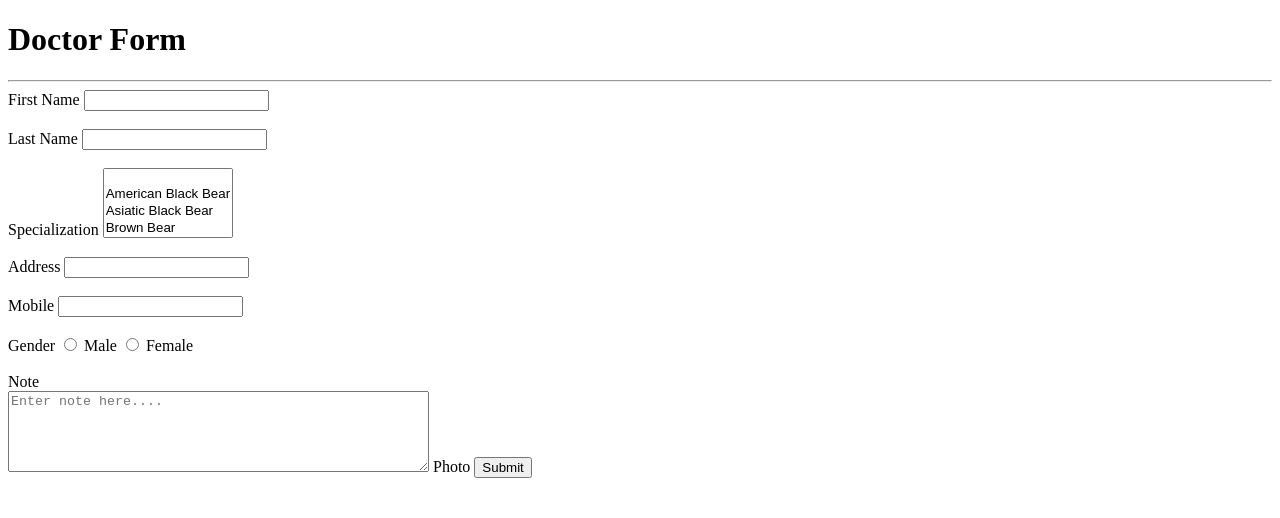
Repository: aayush105/Advance-Java
Page: http://localhost/Doctorpatient/Doctor.jsp
An editor plug-in stored every save of this project. The page is shown before and after the next save, followed by the edit.
The browser window is 1280 px wide. The pictures show the whole page.
The page is served by Tomcat 10.

Above is the page before, as saved 2023-07-20 10:51:50.

After the next save:
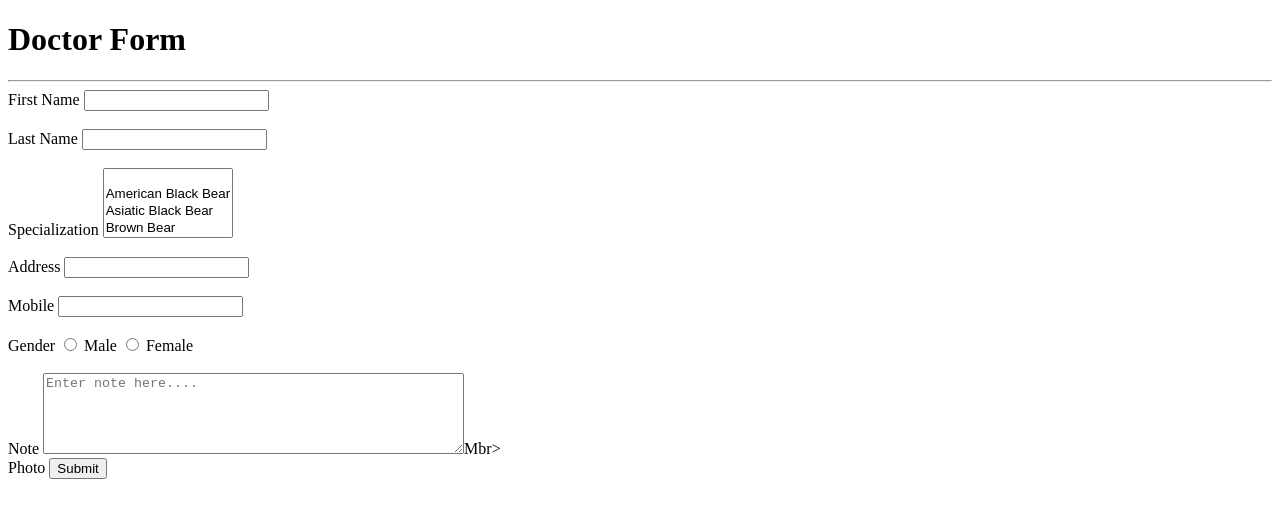
Saved 15 s later.
--- a/Doctorpatient/src/main/webapp/Doctor.jsp
+++ b/Doctorpatient/src/main/webapp/Doctor.jsp
@@ -30,9 +30,7 @@ Mobile <input type ="text" name ="mobile"><br><br>
 Gender <input type="radio" name="gender" value="male"> Male
 <input type="radio" name="gender" value="female"> Female
 <br><br>
-Note <br />
-         <textarea rows = "5" cols = "50" name = "description" placeholder ="Enter note here...."></textarea>
-
+Note <textarea rows = "5" cols = "50" name = "description" placeholder ="Enter note here...."></textarea>Mbr><br>
 
 Photo
 
